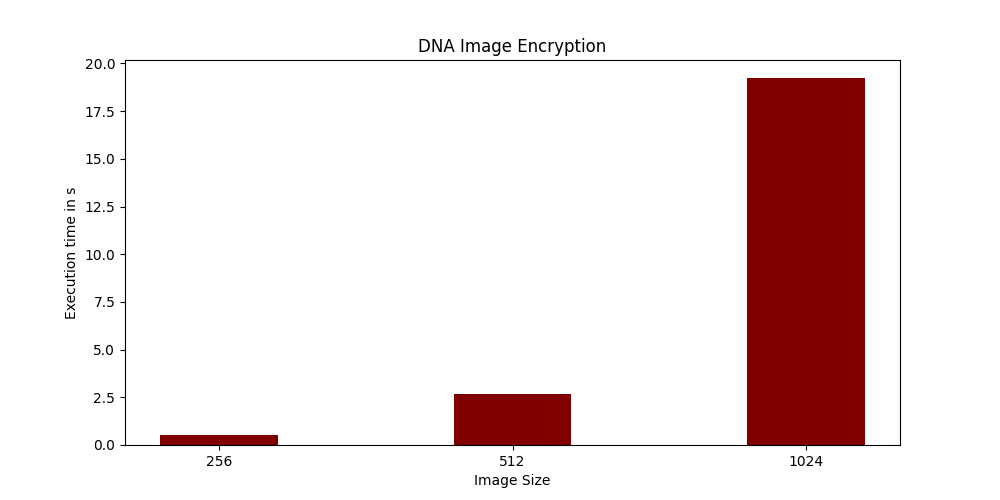
Repository: vishalsinghhh/DNA-cryptography-Project
Script's output: python DNA/Graphs.py
The author's editor kept a copy of each file at every save. The script's output is drawn from the files as they stood at one save, then again after a run of saves.
Random numbers start from a fixed seed.

Above is the script's output before, as saved 2023-04-11 11:03:32.

After the next 7 saves:
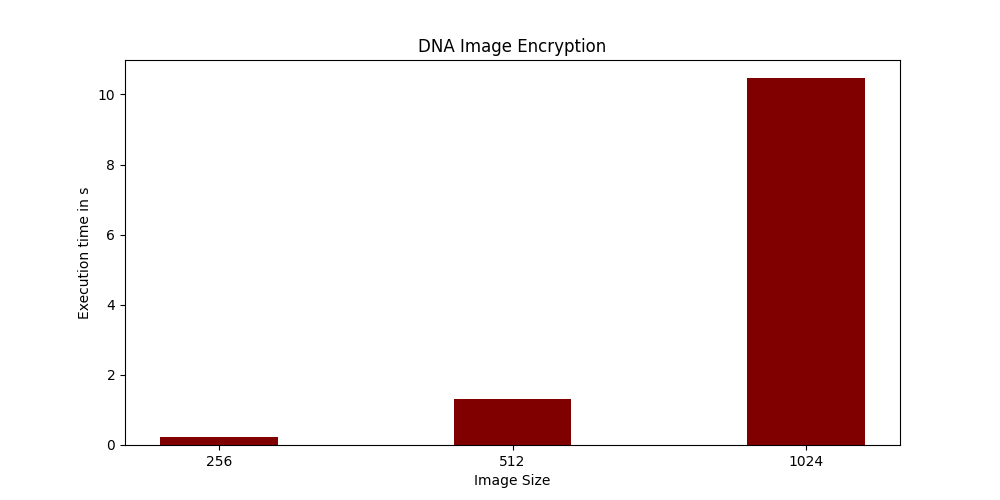
The 7 saves are shown as one change because 5 did not build or start and some came seconds apart.
The last was saved 63 s later.
--- a/DNA/Graphs.py
+++ b/DNA/Graphs.py
@@ -3,7 +3,7 @@ import matplotlib.pyplot as plt
 
 
 # creating the dataset
-data = {'256':0.55, '512':2.69, '1024':19.22}
+data = {'256':0.24, '512':1.31, '1024':10.46}
 courses = list(data.keys())
 values = list(data.values())
 
